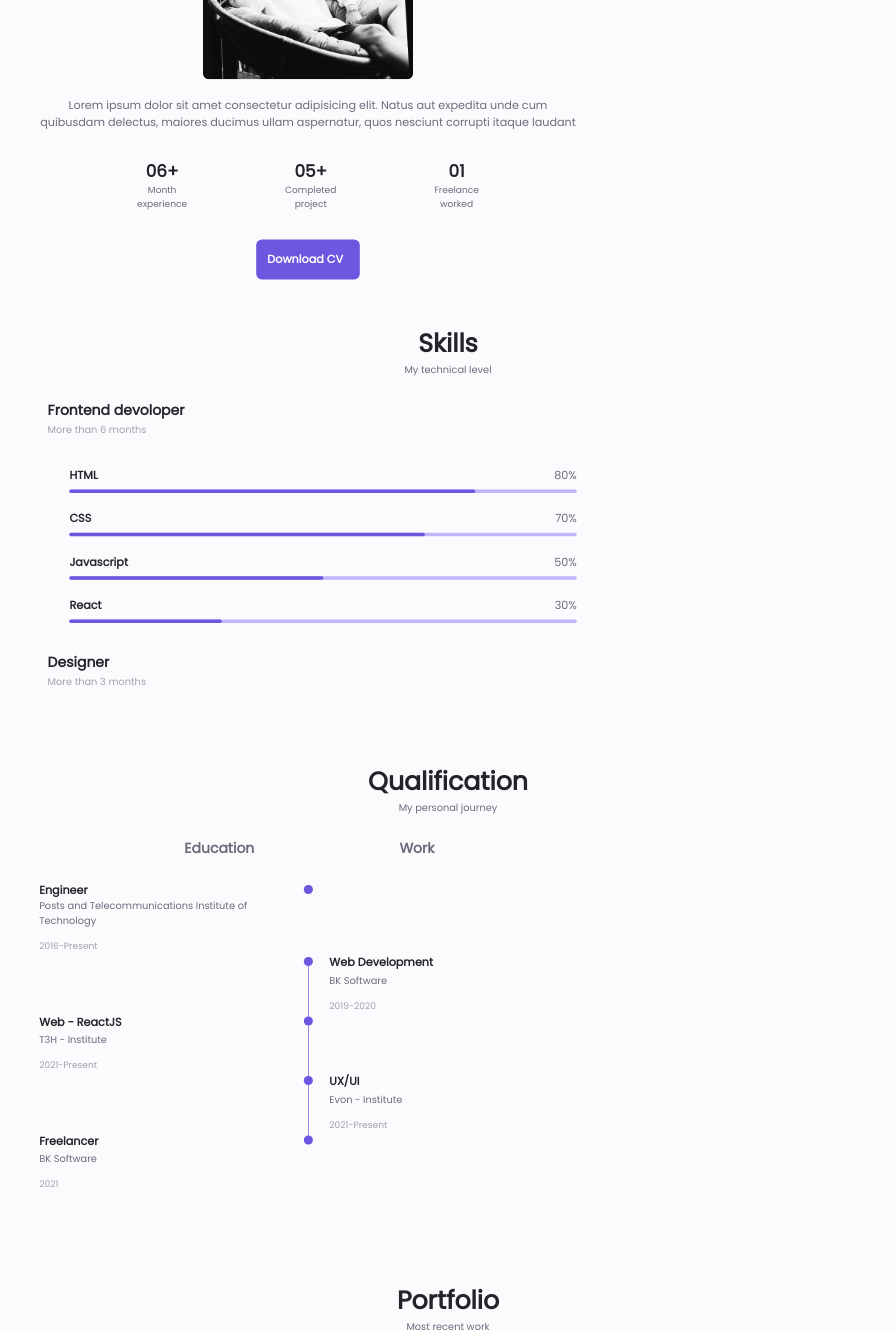
Repository: Datt21/portfolio
Page: index.html
The author's editor kept a copy of each file at every save. The page is drawn from the files as they stood at one save, then again after the next save.
The browser window is 1280 px wide. The pictures show the part of the page from y = 893 to 2793 px (the page is 4606 px tall before and 4588 px after), at 70% of full size.
Some icons come from a web library that is not loaded, so they are not drawn. A picture or video elsewhere on the page could not be fetched, so the positions and the page height are approximate.

Above is the page before, as saved 2021-07-11 21:06:55.

### index.html
<!DOCTYPE html>
<html lang="en">
<head>
    <meta charset="UTF-8">
    <meta http-equiv="X-UA-Compatible" content="IE=edge">
    <meta name="viewport" content="width=device-width, initial-scale=1.0">
    <!--============= ICONS ================  -->
    <link rel="stylesheet" href="https://unicons.iconscout.com/release/v4.0.0/css/line.css">

    <!-- ============= SWIPER CSS =============== -->
    <link rel="stylesheet" href="">

    <!-- =============== CSS ========================= -->
    <link rel="stylesheet" href="./Css/style.css">

    <title>Portfolio</title>
</head>
<body>
    <!--============================ HEADER ============================ -->
    <header class="header" id="header">
        <nav class="nav container">
            <a href="#" class="nav__logo">Datpt</a>

            <div class="nav__menu" id="nav-menu">
                <ul class="nav__list grid">
                    <li class="nav__item">
                        <a href="#home" class="nav__link">
                            <i class="uil uil-estate nav__icon"></i>Home
                        </a>
                    </li>
                    <li class="nav__item">
                        <a href="#about" class="nav__link">
                            <i class="uil uil-user nav__icon"></i>About
                        </a>
                    </li>
                    <li class="nav__item">
                        <a href="#skills" class="nav__link">
                            <i class="uil uil-file-alt nav__icon"></i>Skills
                        </a>
                    </li>
                    <li class="nav__item">
                        <a href="#fovourite" class="nav__link">
                            <i class="uil uil-books nav__icon"></i>Favourite
                        </a>
                    </li>
                    <li class="nav__item">
                        <a href="#portfolio" class="nav__link">
                            <i class="uil uil-scenery nav__icon"></i>Portfolio
                        </a>
                    </li>
                    <li class="nav__item">
                        <a href="#contact" class="nav__link">
                            <i class="uil uil-message nav__icon"></i>Contact
                        </a>
                    </li>
                </ul>
                <i class="uil uil-times nav__close" id="nav-close"></i>
            </div>

            <div class="nav__btns">
                <div class="nav__toggle" id="nav-toggle">
                    <i class="uil uil-apps"></i>
                </div>
            </div>
        </nav>
    </header>

     <!--==================== MAIN ====================-->
     <main class="main">
        <!--==================== HOME ====================-->
        <section class="home section" id="home">
            <div class="home__container container grid">
                <div class="home__content grid">
                    <div class="home__social">
                        <a href="https://www.facebook.com/profile.php?id=100043830603950" target="_blank" class="home__social-icon">
                            <i class="uil uil-facebook"></i>
                        </a>
                        <a href="https://t.me/datpt21" target="_blank" class="home__social-icon">
                            <i class="uil uil-telegram-alt"></i>
                        </a>
                        <a href="https://github.com/Datt21" target="_blank" class="home__social-icon">
                            <i class="uil uil-github-alt"></i>
                        </a>
                    </div>

                    <div class="home__img">
                        <svg class="home__blob" viewBox="0 0 200 187" xmlns="http://www.w3.org/2000/svg" xmlns:xlink="http://www.w3.org/1999/xlink">
                            <mask id="mask0" mask-type="alpha">
                                <path d="M190.312 36.4879C206.582 62.1187 201.309 102.826 182.328 134.186C163.346 165.547
                                130.807 187.559 100.226 186.353C69.6454 185.297 41.0228 161.023 21.7403 129.362C2.45775
                                97.8511 -7.48481 59.1033 6.67581 34.5279C20.9871 10.1032 59.7028 -0.149132 97.9666
                                0.00163737C136.23 0.303176 174.193 10.857 190.312 36.4879Z"/>
                            </mask>
                            <g mask="url(#mask0)">
                                <path d="M190.312 36.4879C206.582 62.1187 201.309 102.826 182.328 134.186C163.346
                                165.547 130.807 187.559 100.226 186.353C69.6454 185.297 41.0228 161.023 21.7403
                                129.362C2.45775 97.8511 -7.48481 59.1033 6.67581 34.5279C20.9871 10.1032 59.7028
                                -0.149132 97.9666 0.00163737C136.23 0.303176 174.193 10.857 190.312 36.4879Z"/>

                                <image class="home_blob-img" x='12' y='18 'xlink:href="./images/me.png"/>
                            </g>
                        </svg>

                    </div>

                    <div class="home__data">
                        <h1 class="home__title">Hi, I'am Dat</h1>
                        <h3 class="home_subtitle">Frontend developer</h3>
                        <p class="home_description">Lorem, ipsum dolor sit amet consectetur adipisicing elit.
                            Voluptates earum, ab place</p>
                        <a href="#contact" class="button button--flex">
                            Contact Me<i class="uil uil-message button__icon"></i>
                        </a>
                    </div>
                </div>

                <div class="home_scroll">
                    <a href="#about" class="home__scroll-button button--flex">
                        <i class="uil uil-mouse-alt-2 home__scroll-mouse"></i>
                        <span class="home__scroll-name">Scroll down</span>
                        <i class="uil uil-arrow-down home__scroll-arrow"></i>
                    </a>
                </div>
            </div>
        </section>

        <!--==================== ABOUT ====================-->
        <section class="about section" id="about">
            <h2 class="section__title">About me</h2>
            <span class="section__subtitle">My introduction</span>

            <div class="about__container container grid">
                <img src="./images/me2.jpg" alt="" class="about__img">

                <div class="about-data">
                    <p class="about-decription">Lorem ipsum dolor sit amet consectetur adipisicing elit.
                        Natus aut expedita unde cum quibusdam delectus, maiores ducimus ullam aspernatur, quos nesciunt corrupti itaque laudant</p>

                    <div class="about__info">
                        <div>
                            <span class="about__info-title">06+</span>
                            <span class="about__info-name">Month <br> experience</span>
                        </div>
                        <div>
                            <span class="about__info-title">05+</span>
                            <span class="about__info-name">Completed <br> project</span>
                        </div>
                        <div>
                            <span class="about__info-title">01</span>
                            <span class="about__info-name">Freelance <br> worked</span>
                        </div>
                    </div>

                    <div class="about__buttons">
                        <a download="" href="./pdf/LeTienDat_CV.pdf" class="button button--flex">
                            Download CV <i class="uil uil-download-alt button__icon"></i>
                        </a>
                    </div>
                </div>
            </div>


        </section>

        <!--==================== SKILLS ====================-->
        <section class="skills section" id="skills">
            <h2 class="section__title">Skills</h2>
            <span class="section__subtitle">My technical level</span>

            <div class="skills__container container grid">
                <div>
                    <!-- skill 1 -->
                    <div class="skills__content skills__open">
                        <div class="skills__header">
                            <i class="uil uil-brackets-curly skills__icon"></i>

                            <div>
                                <h1 class="skills__title">Frontend devoloper</h1>
                                <span class="skills__subtitle">More than 6 months</span>
                            </div>

                            <i class="uil uil-angle-down skills__arrow"></i>
                        </div>

                        <div class="skills__list grid">
                            <div class="skills__data">
                                <div class="skills__titles">
                                    <h3 class="skills__name">HTML</h3>
                                    <span class="skills__number">80%</span>
                                </div>
                                <div class="skills__bar">
                                    <span class="skills__percentage skills__html"></span>
                                </div>
                            </div>

                            <div class="skills__data">
                                <div class="skills__titles">
                                    <h3 class="skills__name">CSS</h3>
                                    <span class="skills__number">70%</span>
                                </div>
                                <div class="skills__bar">
                                    <span class="skills__percentage skills__css"></span>
                                </div>
                            </div>

                            <div class="skills__data">
                                <div class="skills__titles">
                                    <h3 class="skills__name">Javascript</h3>
                                    <span class="skills__number">50%</span>
                                </div>
                                <div class="skills__bar">
                                    <span class="skills__percentage skills__js"></span>
                                </div>
                            </div>

                            <div class="skills__data">
                                <div class="skills__titles">
                                    <h3 class="skills__name">React</h3>
                                    <span class="skills__number">30%</span>
                                </div>
                                <div class="skills__bar">
                                    <span class="skills__percentage skills__react"></span>
                                </div>
                            </div>
                        </div>
                    </div>

                    <!-- skill 2 -->
                    <div class="skills__content skills__close">
                        <div class="skills__header">
                            <i class="uil uil-swatchbook skills__icon"></i>

                            <div>
                                <h1 class="skills__title">Designer</h1>
                                <span class="skills__subtitle">More than 3 months</span>
                            </div>
                            <i class="uil uil-angle-down skills__arrow"></i>
                        </div>

                        <div class="skills__list grid">
                            <div class="skills__data">
                                <div class="skills__titles">
                                    <h3 class="skills__name">Figma</h3>
                                    <span class="skills__number">40%</span>
                                </div>
                                <div class="skills__bar">
                                    <span class="skills__percentage skills__figma"></span>
                                </div>
                            </div>

                            <div class="skills__data">
                                <div class="skills__titles">
                                    <h3 class="skills__name">Photoshop</h3>
                                    <span class="skills__number">30%</span>
                                </div>
                                <div class="skills__bar">
                                    <span class="skills__percentage skills__photoshop"></span>
                                </div>
                            </div>

                        </div>
                    </div>
                </div>
            </div>


        </section>

        <!--==================== QUALIFICATION ====================-->
        <section class="qualification section">
            <h2 class="section__title">Qualification</h2>
            <span class="section__subtitle">My personal journey</span>

            <div class="qualification__container container">
                <div class="qualification__tabs">
                    <div class="qualification__button button--flex">
                        <i class="uil uil-graduation-cap qualification__icon"></i>
                        Education
                    </div>

                    <div class="qualification__button button--flex">
                        <i class="uil uil-briefcase-alt qualification__icon"></i>
                        Work
                    </div>
                </div>
                <div class="qualification__section" >
                    <!-- Qualification content 1 -->
                    <div class="qualification__content qualification__active" data-content id="education">
                        <!-- Qualification 1 -->
                        <div class="qualification__data">
                            <div>
                                <h3 class="qualification__title"> Engineer</h3>
                                <span class="qualification__subtitle">Posts and Telecommunications Institute of Technology</span>
                                <div class="qualification__calendar">
                                    <i class="uil uil-calendar-alt"></i>
                                    2016-Present
                                </div>
                            </div>

                            <div>
                                <div class="qualification__rounder"></div>
                                <!-- <div class="qualification__line"></div> -->
                            </div>
                        </div>

                        <!-- Qualification 2 -->
                        <div class="qualification__data">
                            <div></div>

                            <div>
                                <span class="qualification__rounder"></span>
                                <span class="qualification__line"></span>
                            </div>

                            <div>
                                <h3 class="qualification__title"> Web Development</h3>
                                <span class="qualification__subtitle">BK Software</span>
                                <div class="qualification__calendar">
                                    <i class="uil uil-calendar-alt"></i>
                                    2019-2020
                                </div>
                            </div>


                        </div>

                        <!-- Qualification 3 -->
                        <div class="qualification__data">
                            <div>
                                <h3 class="qualification__title"> Web - ReactJS</h3>
                                <span class="qualification__subtitle">T3H - Institute</span>
                                <div class="qualification__calendar">
                                    <i class="uil uil-calendar-alt"></i>
                                    2021-Present
                                </div>
                            </div>

                            <div>
                                <span class="qualification__rounder"></span>
                                <span class="qualification__line"></span>
                            </div>
                        </div>

                        <!-- Qualification 4 -->
                        <div class="qualification__data">
                            <div></div>

                            <div>
                                <span class="qualification__rounder"></span>
                                <span class="qualification__line"></span>
                            </div>

                            <div>
                                <h3 class="qualification__title"> UX/UI</h3>
                                <span class="qualification__subtitle">Evon - Institute</span>
                                <div class="qualification__calendar">
                                    <i class="uil uil-calendar-alt"></i>
                                    2021-Present
                                </div>
                            </div>

                        </div>
                    </div>
                     <!-- Qualification content 2 -->
                     <div class="qualification__content" data-content id="work">
                        <!-- Qualification 1 -->
                        <div class="qualification__data">
                            <div>
                                <h3 class="qualification__title"> Freelancer</h3>
                                <span class="qualification__subtitle">BK Software</span>
                                <div class="qualification__calendar">
                                    <i class="uil uil-calendar-alt"></i>
                                    2021
                                </div>
                            </div>

                            <div>
                                <div class="qualification__rounder"></div>
                                <!-- <div class="qualification__line"></div> -->
                            </div>
                        </div>

                        </div>
                    </div>
                </div>
            </div>


        </section>

        <!--==================== SERVICES ====================-->
        <section class="services section" id="services">


        </section>

        <!--==================== PORTFOLIO ====================-->
        <section class="portfolio section" id="portfolio">
            <h2 class="section__title">Portfolio</h2>
            <span class="section__subtitle">Most recent work</span>

            <div class="portfolio__container container">
                <div>
                    <!--======== Portfolio 1 ===========-->
                    <div class="portfolio__content grid">
                        <img src="./images/dashboard.jpg" alt="" class="portfolio__img">

                        <div class="portfolio__data">
                            <h3 class="portfolio__title">Dashboard</h3>
                            <p class="portfolio__description">Dashbord for finacal</p>
                            <a href="" class="button button--flex button--small portfolio__button">
                                Demo <i class="uil uil-arrow-right button__icon"></i>
                            </a>
                        </div>
                    </div>
                    <div class="portfolio__content grid">
                        <img src="./images/ecomer.jpg" alt="" class="portfolio__img">

                        <div class="portfolio__data">
                            <h3 class="portfolio__title">E-commerce</h3>
                            <p class="portfolio__description">Dashbord for finacal</p>
                            <a href="" class="button button--flex button--small portfolio__button">
                                Demo <i class="uil uil-arrow-right button__icon"></i>
                            </a>
                        </div>
                    </div>
                    <div class="portfolio__content grid">
                        <img src="./images/Web-music.jpg" alt="" class="portfolio__img">

                        <div class="portfolio__data">
                            <h3 class="portfolio__title">Webapp-Music</h3>
                            <p class="portfolio__description">Dashbord for finacal</p>
                            <a href="" class="button button--flex button--small portfolio__button">
                                Demo <i class="uil uil-arrow-right button__icon"></i>
                            </a>
                        </div>
                    </div>
                    <div class="portfolio__content grid">
                        <img src="./images/dashboard.jpg" alt="" class="portfolio__img">

                        <div class="portfolio__data">
                            <h3 class="portfolio__title">Dashboard</h3>
                            <p class="portfolio__description">Dashbord for finacal</p>
                            <a href="" class="button button--flex button--small portfolio__button">
                                Demo <i class="uil uil-arrow-right button__icon"></i>
                            </a>
                        </div>
                    </div>
                </div>
            </div>
        </section>

        <!--==================== PROJECT IN MIND ====================-->
        <section class="project section">


        </section>

        <!--==================== TESTIMONIAL ====================-->
        <section class="testimonial section">


        </section>

        <!--==================== CONTACT ME ====================-->
        <section class="contact section" id="contact">


        </section>
    </main>

    <!--==================== FOOTER ====================-->
    <footer class="footer">


    </footer>

    <!--==================== SCROLL TOP ====================-->


    <!--==================== SWIPER JS ====================-->
    <script src=""></script>

    <!-- =================== JS ======================= -->
    <script src="./JS/main.js"></script>
</body>
</html>

Loaded but not shown: JS/main.js (73 lines, source omitted); Css/style.css (622 lines, source omitted)

After the next save:
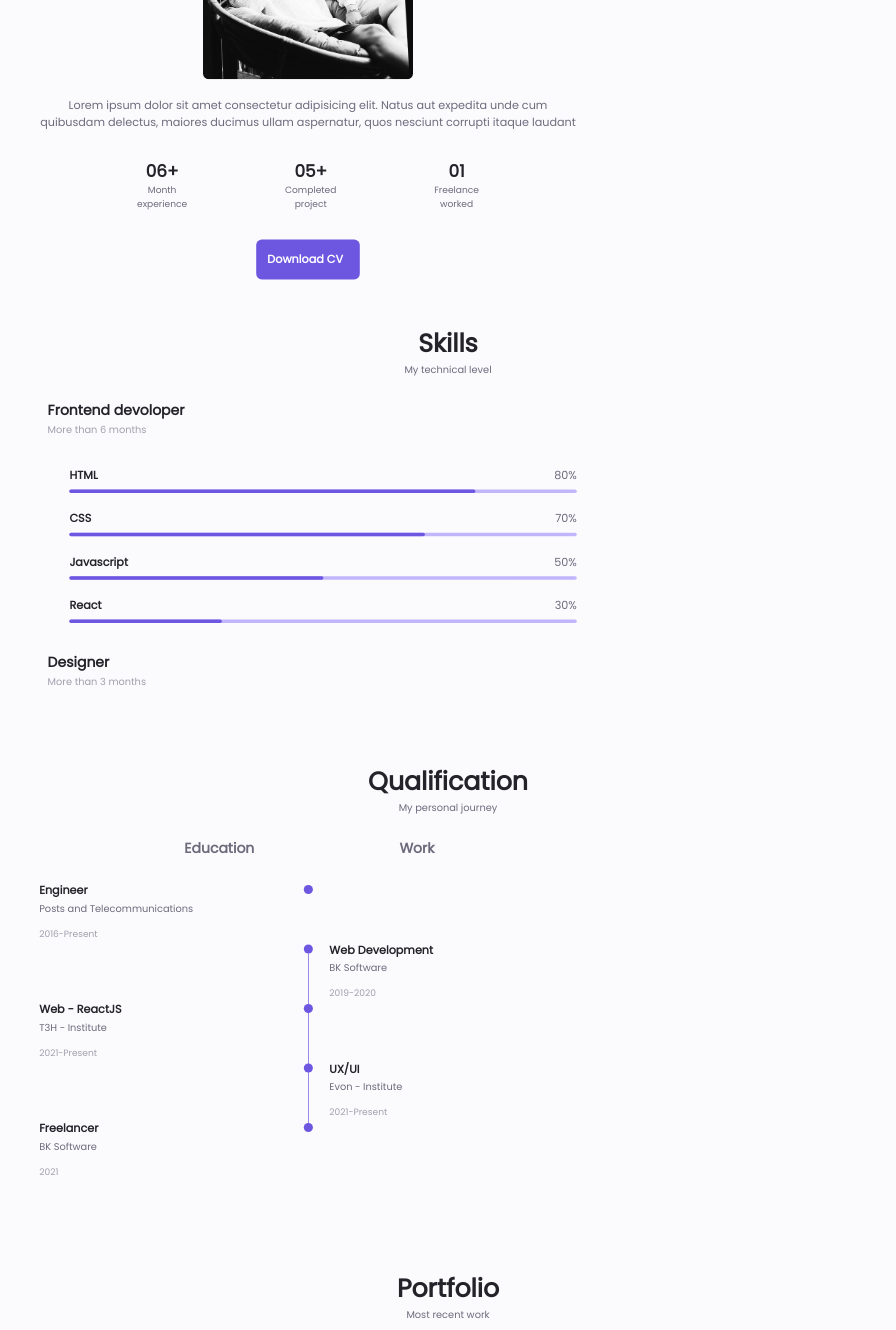
Saved 14 s later.
--- a/index.html
+++ b/index.html
@@ -290,7 +290,7 @@
                         <div class="qualification__data">
                             <div>
                                 <h3 class="qualification__title"> Engineer</h3>
-                                <span class="qualification__subtitle">Posts and Telecommunications Institute of Technology</span>
+                                <span class="qualification__subtitle">Posts and Telecommunications </span>
                                 <div class="qualification__calendar">
                                     <i class="uil uil-calendar-alt"></i>
                                     2016-Present
